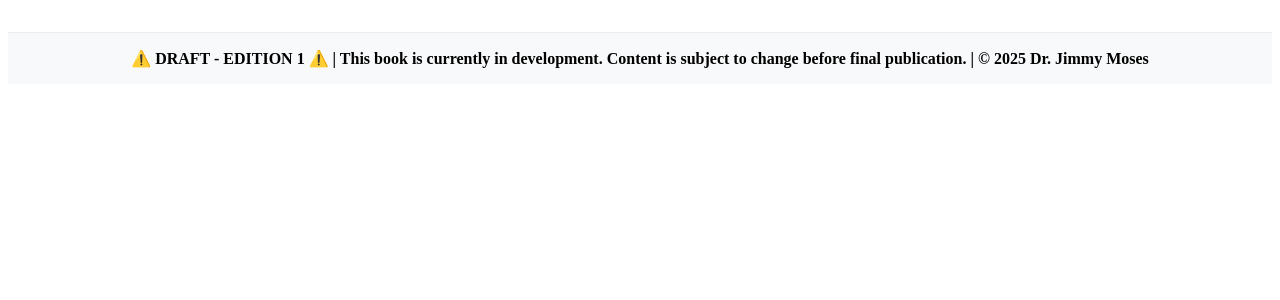
Repository: jm0535/Data-Analysis-in-Natural-Sciences
Page: _footer.html
The author's editor kept a copy of each file at every save. The page is drawn from the files as they stood at one save, then again after the next save.
The browser window is 1280 px wide. The pictures show the whole page.

Above is the page before, as saved 2025-04-01 23:50:06.

After the next save:
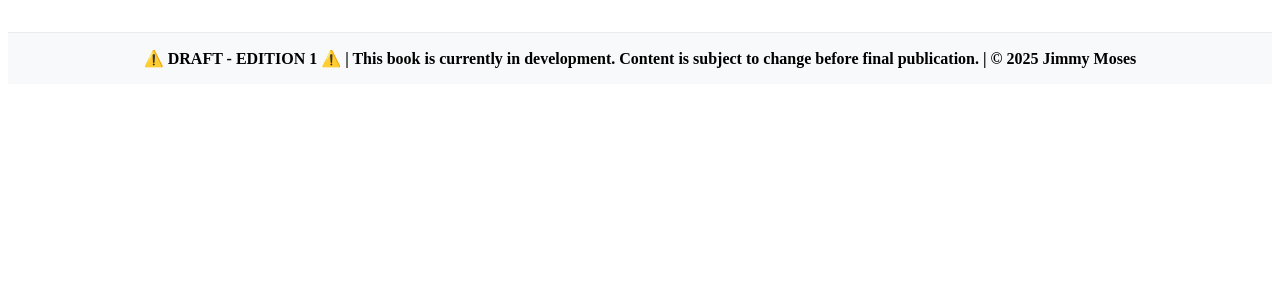
Saved 6 min 39 s later.
--- a/_footer.html
+++ b/_footer.html
@@ -1,3 +1,3 @@
 <div style="text-align: center; font-weight: bold; margin-top: 2em; padding: 1em; border-top: 1px solid #eaecef; background-color: #f8f9fa;">
-  ⚠️ DRAFT - EDITION 1 ⚠️ | This book is currently in development. Content is subject to change before final publication. | © 2025 Dr. Jimmy Moses
+  ⚠️ DRAFT - EDITION 1 ⚠️ | This book is currently in development. Content is subject to change before final publication. | © 2025 Jimmy Moses
 </div>
